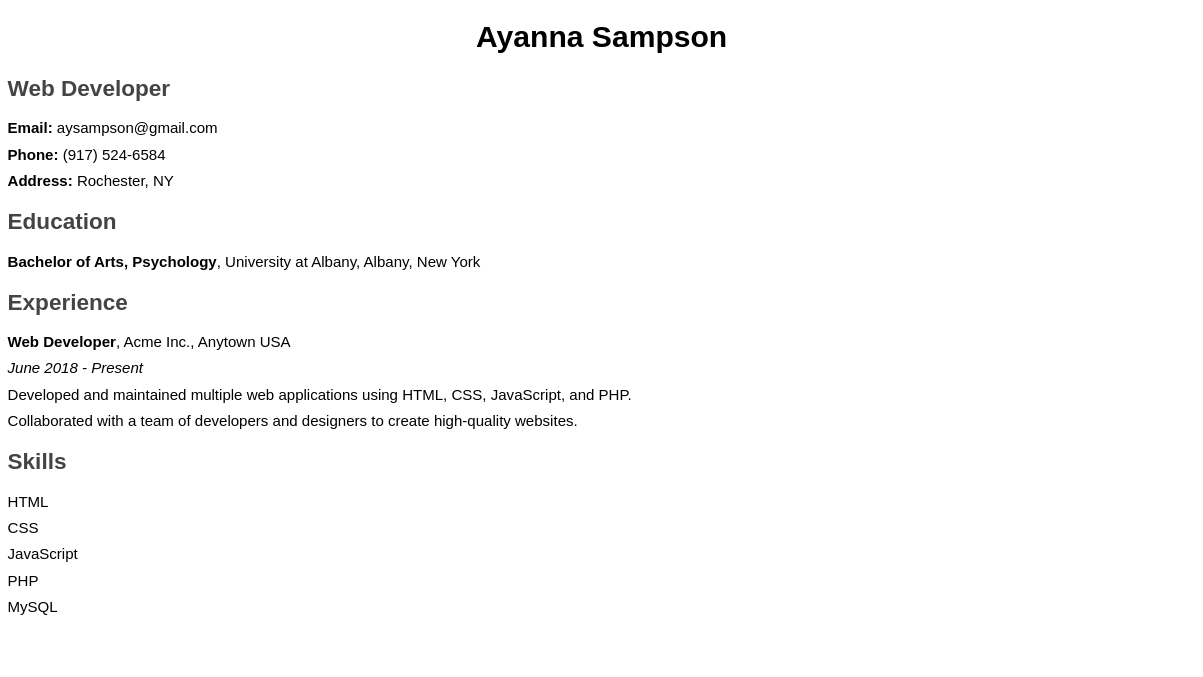
Repository: ayannasampson/htmlresume
Page: resume.html
The author's editor kept a copy of each file at every save. The page is drawn from the files as they stood at one save, then again after the next save.
The browser window is 1280 px wide. The pictures show the whole page, at 94% of full size.

Above is the page before, as saved 2023-03-15 14:08:38.

After the next save:
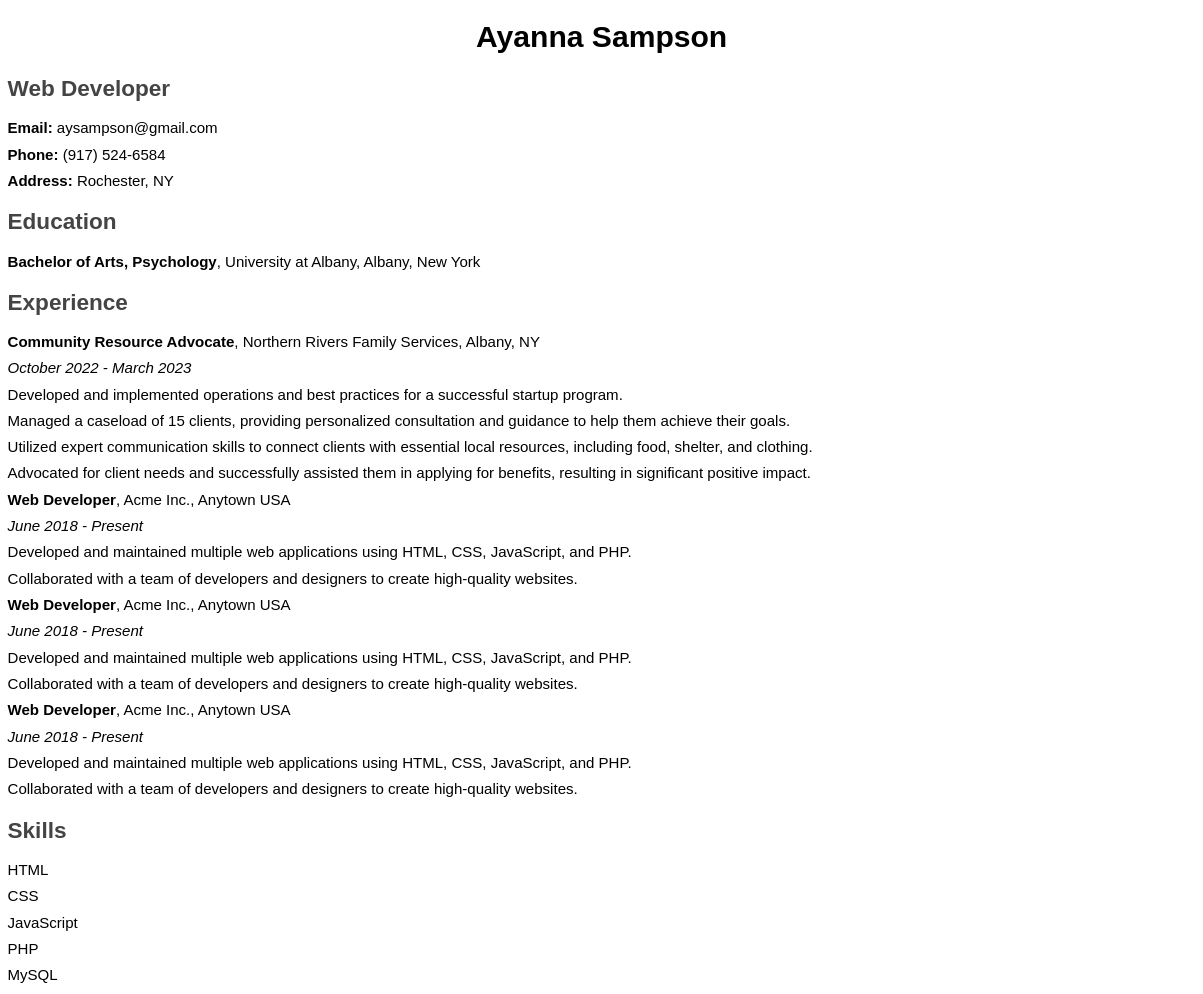
Saved 15 min 53 s later.
--- a/resume.html
+++ b/resume.html
@@ -51,11 +51,30 @@
 
 	<h2>Experience</h2>
 	<ul>
-		<li><span class="bold">Web Developer</span>, Acme Inc., Anytown USA</li>
+		<li><span class="bold">Community Resource Advocate</span>, Northern Rivers Family Services, Albany, NY</li>
+		<li><span class="italic">October 2022 - March 2023</span></li>
+		<li>Developed and implemented operations and best practices for a successful startup program.</li>
+		<li>Managed a caseload of 15 clients, providing personalized consultation and guidance to help them achieve their goals.</li>
+        <li>Utilized expert communication skills to connect clients with essential local resources, including food, shelter, and clothing.</li>
+        <li>Advocated for client needs and successfully assisted them in applying for benefits, resulting in significant positive impact.</li>
+
+        <li><span class="bold">Web Developer</span>, Acme Inc., Anytown USA</li>
 		<li><span class="italic">June 2018 - Present</span></li>
 		<li>Developed and maintained multiple web applications using HTML, CSS, JavaScript, and PHP.</li>
 		<li>Collaborated with a team of developers and designers to create high-quality websites.</li>
+
+        <li><span class="bold">Web Developer</span>, Acme Inc., Anytown USA</li>
+		<li><span class="italic">June 2018 - Present</span></li>
+		<li>Developed and maintained multiple web applications using HTML, CSS, JavaScript, and PHP.</li>
+		<li>Collaborated with a team of developers and designers to create high-quality websites.</li>
+
+        <li><span class="bold">Web Developer</span>, Acme Inc., Anytown USA</li>
+		<li><span class="italic">June 2018 - Present</span></li>
+		<li>Developed and maintained multiple web applications using HTML, CSS, JavaScript, and PHP.</li>
+		<li>Collaborated with a team of developers and designers to create high-quality websites.</li>
+
 	</ul>
+
 
 	<h2>Skills</h2>
 	<ul>
